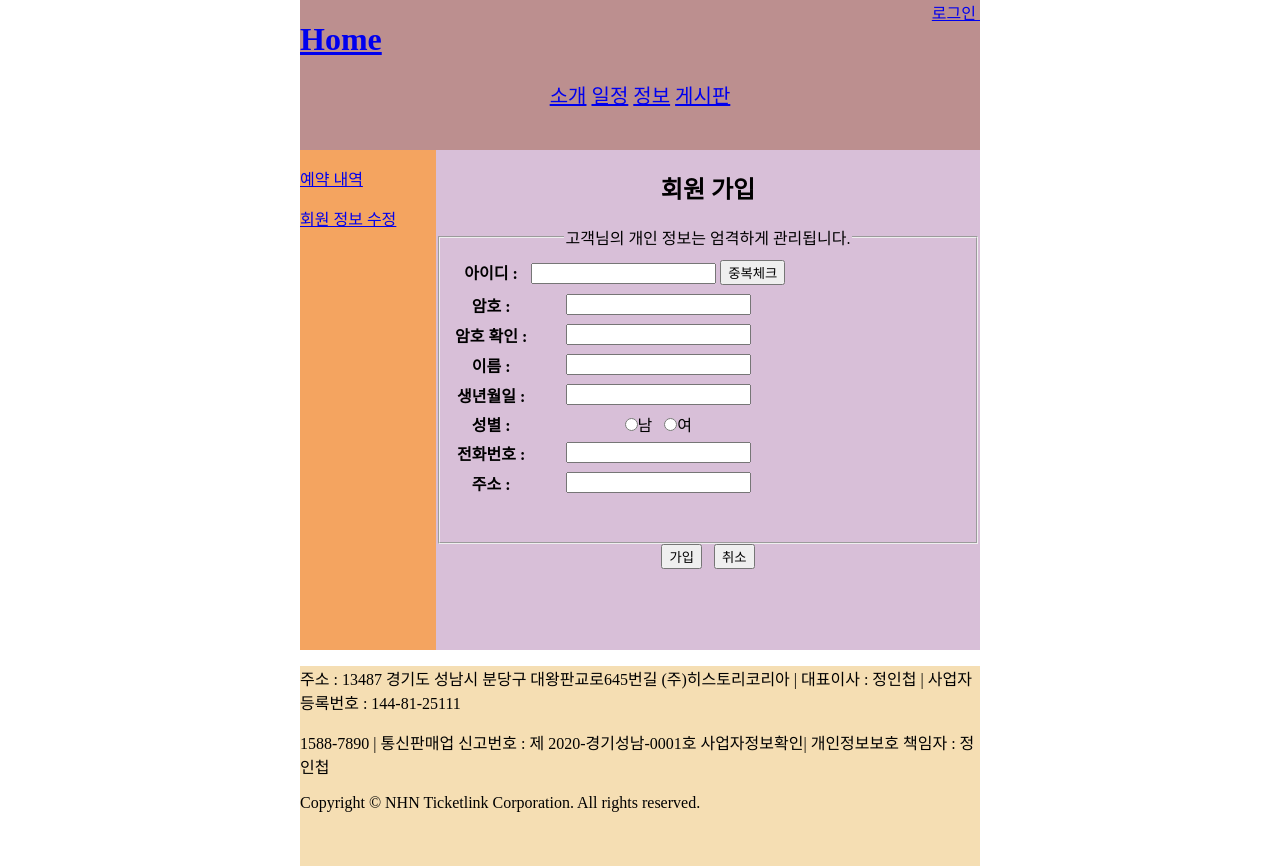
Repository: dlscjq34/JSP_historyTour
Page: http://localhost/HistoryTour/WEB-INF/views/member/joinMember.jsp
An editor plug-in stored every save of this project. The page is shown before and after the next save, followed by the edit.
The browser window is 1280 px wide. The pictures show the whole page.
The page is served by Tomcat 9. Nobody is signed in. The template is opened directly, without the code that normally fills it, so the values that code supplies are empty.

Above is the page before, as saved 2020-12-21 02:37:11.

After the next save:
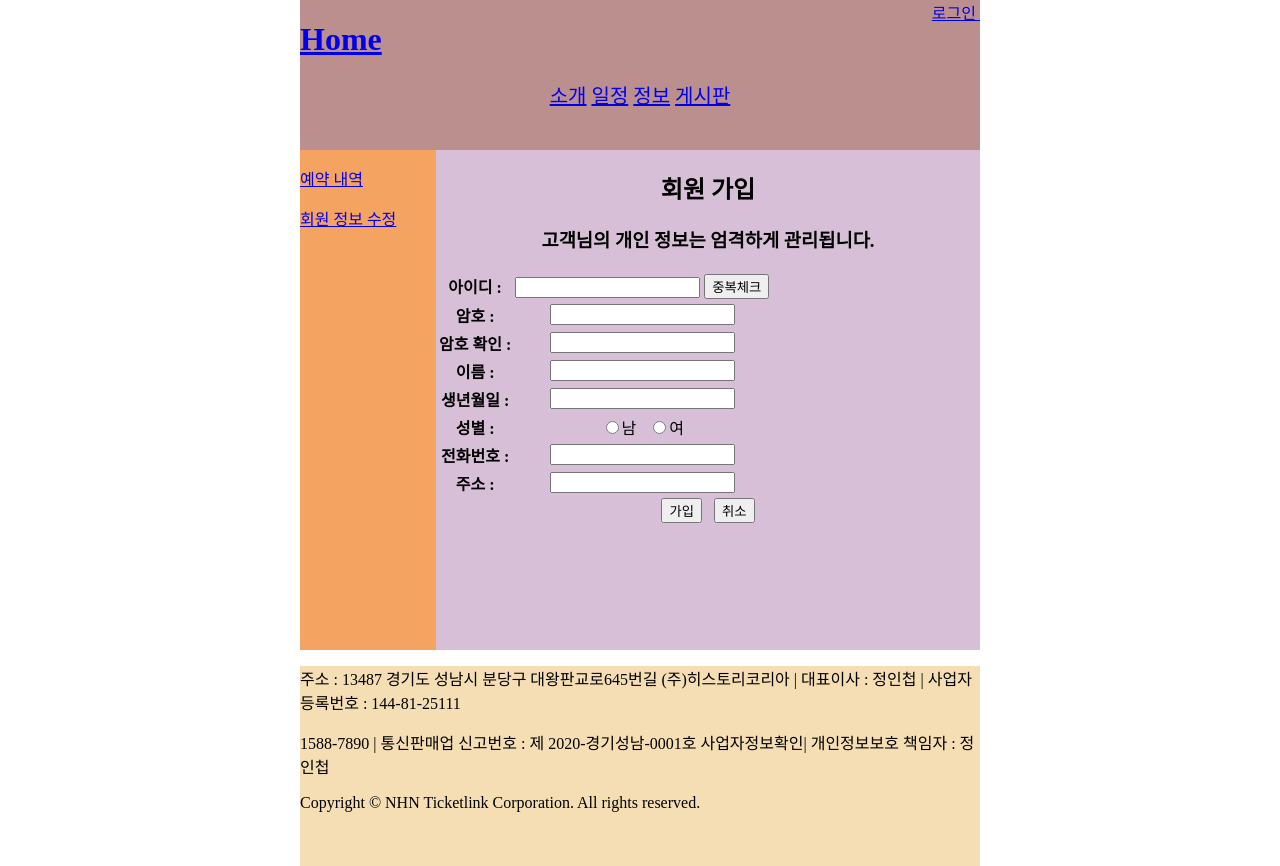
Saved 86 s later.
--- a/HistoryTour/WebContent/WEB-INF/views/member/joinMember.jsp
+++ b/HistoryTour/WebContent/WEB-INF/views/member/joinMember.jsp
@@ -22,48 +22,46 @@
             <h1>회원 가입</h1>
                 <form action="joinMemberPro.do" method="post" name="frm" onsubmit="return lenCheck()">
 
-                    <fieldset>
-                        <legend>고객님의 개인 정보는 엄격하게 관리됩니다.</legend>
-                        <table>
-                		<tr>
-                			<th>아이디 :
-                			<td><input type="text" name="id" id="id" />
-                				<input type="button" onclick="dupCheck()" value="중복체크">
-                		</tr>
-                		<tr>
-                			<th>암호 :
-                			<td><input type="password" name="pswd1" id="pswd1" required/>
-                		</tr>
-                		<tr>
-                			<th>암호 확인 :
-                			<td><input type="password" name="pswd2" id="pswd2" required onkeyup="pwCheck()"/>
-                				<span class="pwStatus"></span>
-                		</tr>
-                		<tr>
-                			<th>이름 :
-                			<td><input type="text" name="name" id="name" required/>
-                		</tr>
-                		<tr>
-                			<th>생년월일 :
-                			<td><input type="text" name="birth" id="birth" required/>
-                		</tr>
-                		<tr>
-                			<th>성별 :
-                			<td><input type="radio" name="gender" id="man" value="1" required />남 &nbsp;
-                				<input type="radio" name="gender" id="woman" value="2" required />여
-                		</tr>
-                		<tr>
-                			<th>전화번호 :
-                			<td><input type="text" name="tel" id="tel" required>
-                		</tr>
-                		<tr>
-                			<th>주소 :
-                			<td><input type="text" name="address" id="address" required>
-                		</tr>
-                	</table>
-                    </fieldset>
-                    <input type="submit" name="enroll" class="enroll" value="가입"> &nbsp;
-                    <input type="reset" value="취소">
+                    <h3>고객님의 개인 정보는 엄격하게 관리됩니다.</h3>
+                    <table>
+	               		<tr>
+	               			<th>아이디 :
+	               			<td><input type="text" name="id" id="id" />
+	               				<input type="button" onclick="dupCheck()" value="중복체크">
+	               		</tr>
+	               		<tr>
+	               			<th>암호 :
+	               			<td><input type="password" name="pswd1" id="pswd1" required/>
+	               		</tr>
+	               		<tr>
+	               			<th>암호 확인 :
+	               			<td><input type="password" name="pswd2" id="pswd2" required onkeyup="pwCheck()"/>
+	               				<span class="pwStatus"></span>
+	               		</tr>
+	               		<tr>
+	               			<th>이름 :
+	               			<td><input type="text" name="name" id="name" required/>
+	               		</tr>
+	               		<tr>
+	               			<th>생년월일 :
+	               			<td><input type="text" name="birth" id="birth" required/>
+	               		</tr>
+	               		<tr>
+	               			<th>성별 :
+	               			<td><input type="radio" name="gender" id="man" value="1" required />남 &nbsp;
+	               				<input type="radio" name="gender" id="woman" value="2" required />여
+	               		</tr>
+	               		<tr>
+	               			<th>전화번호 :
+	               			<td><input type="text" name="tel" id="tel" required>
+	               		</tr>
+	               		<tr>
+	               			<th>주소 :
+	               			<td><input type="text" name="address" id="address" required>
+	               		</tr>
+               		</table>
+                <input type="submit" name="enroll" class="enroll" value="가입"> &nbsp;
+                <input type="reset" value="취소">
                 </form>
         </article>
     </div>
